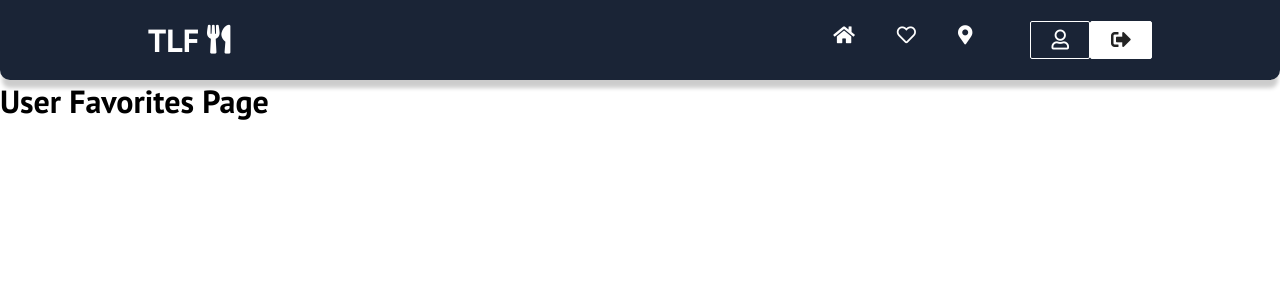
Repository: bethel-school-of-technology/the-local-fork-frontend
Page: /favorites
The author's editor kept a copy of each file at every save. The page is drawn from the files as they stood at one save, then again after a run of saves.
The browser window is 1280 px wide. The pictures show the whole page.
The project was rebuilt for these pictures with package versions that can differ from the ones it lists, and the page was loaded fresh each time. Also part of the build but not shown: src/Components/pages/SignUp.js, src/Components/pages/Delete.js, src/Components/pages/PersonPut.js, src/Components/pages/Login.js, src/Components/pages/Home.js, src/Components/pages/ProfilePage.js, src/Components/pages/Newres.js.

Above is the page before, as saved 2021-11-01 22:44:45.

### src/App.js
import React from "react";
import Navbar from "./Components/Navbar";
import { BrowserRouter as Router, Switch, Route} from "react-router-dom";
import "./App.css";


import Signup from "./Components/pages/SignUp";
import Delete from "./Components/pages/Delete";
import Put from "./Components/pages/PersonPut";
import Login from "./Components/pages/Login";
import Home from "./Components/pages/Home";
import Profile from "./Components/pages/ProfilePage";
import Favorites from "./Components/pages/Favorites";
import Newres from "./Components/pages/Newres";

import Logout from "./Components/pages/Logout";


function App() {
  return (
    <>
      <Router>
        <Navbar />

        <Switch>
          <Route path="/Login" exact component={Login} />
          <Route path="/profile" exact component={Profile} />
          <Route path="/signup" exact component={Signup} />
          <Route path="/Put" exact component={Put} />
          <Route path="/Delete" exact component={Delete} />
          <Route path="/" exact component={Home} />
          <Route path="/favorites" exact component={Favorites} />
          <Route path="/Res" exact component={Newres} />
          <Route path="/logout" exact component={Logout} />


        </Switch>
      </Router>
    </>
  );
}

export default App;

### src/Components/Navbar.js
import React, { useState, useEffect } from "react";
import { Link } from "react-router-dom";
import "./Navbar.css";
import { Button } from "./Button";
import { Button2 } from "./Button2";

function Navbar() {
  const [click, setClick] = useState(false);
  const [button, setButton] = useState(true);

  const handleClick = () => setClick(!click);
  const closeMobileMenu = () => setClick(false);

  const showButton = () => {
    if (window.innerWidth <= 960) {
      setButton(false);
    } else {
      setButton(true);
    }
  };

  useEffect(() => {
    showButton();
  }, []);

  window.addEventListener("resize", showButton);

  return (
    <>
      <nav className="navbar">
        <div className="navbar-container">
          <Link to="/" className="navbar-logo" onClick={closeMobileMenu}>
            TLF <i className="fas fa-utensils" />
          </Link>
          <div className="menu-icon" onClick={handleClick}>
            <i className={click ? "fas fa-times" : "fas fa-bars"} />
          </div>
          <ul className={click ? "nav-menu active" : "nav-menu"}>
            <li className="nav-item">
              <Link to="/" className="nav-links" onClick={closeMobileMenu}>
                <i className="fas fa-home"></i>
              </Link>
            </li>
            <li className="nav-item">
              <Link
                to="/favorites"
                className="nav-links"
                onClick={closeMobileMenu}
              >
                <i className="far fa-heart"></i>
              </Link>
            </li>
            <li className="nav-item">
              <Link
                to="/map"
                className="nav-links"
                onClick={closeMobileMenu}
              >
                <i className="fas fa-map-marker-alt"></i>
              </Link>
            </li>
            <li className="">
              <Link
                to="/signup"
                className="nav-links-mobile"
                onClick={closeMobileMenu}
              >
                <i className="far fa-user"></i>
              </Link>
            </li>
            <li className="">
              <Link
                to="/"
                className="nav-links-mobile"
                onClick={closeMobileMenu}
              >
                <i className="fas fa-sign-out-alt"></i>
              </Link>
            </li>
          </ul>
          {button && <Button buttonStyle="btn--outline"></Button>}
          {button && <Button2 buttonStyle="btn--outline"></Button2>}
        </div>
      </nav>
    </>
  );
}

export default Navbar;

### src/Components/pages/Favorites.js
import React from 'react';


export default class Favorites extends React.Component {






    render() {
        return  <ul>
            <li><h1>User Favorites Page</h1></li>
            </ul>

    }
}

### src/Components/pages/Logout.js
import React from "react";
import { useHistory } from "react-router-dom";
import "../Button2.css";

const STYLES = ['btn--primary', 'btn--outline']
const SIZES = ['btn--medium', 'btn--large'];

const Logout = ({
    children,
    type,
    onClick,
    buttonStyle,
    buttonSize,
}) => {
    let history = useHistory();


    const checkButtontStyle = STYLES.includes(buttonStyle)
        ? buttonStyle
        : STYLES[0];

    const checkButtontSize = SIZES.includes(buttonSize)
        ? buttonSize
        : SIZES[0];

    const handleSubmit = () => {
        localStorage.removeItem("mytoken");
        history.push('/login');

    }

    return (
        <form onSubmit={handleSubmit}>

            <button
                className={`btn fas fa-sign-out-alt ${checkButtontStyle} ${checkButtontSize}`}
                onClick={onClick}
                type={type, "submit"}
            >
                {children}
            </button>
        </form>
    )

};

export default Logout;

### src/Components/Navbar.css
.navbar {
    background: #1a2436;
    border-bottom-right-radius: 10px;
    border-bottom-left-radius: 10px;
    box-shadow: 0 10px 4px -2px rgba(0,0,0,.2);
    height: 80px;
    display: flex;
    justify-content: center;
    align-items: center;
    font-size: 1.2rem;
    position: sticky;
    top: 0;
    z-index: 999;
  }

  .navbar-container {
    display: flex;
    justify-content: center;
    align-items: center;
    height: 80px;
    max-width: 1500px;
  }

  .navbar-logo {
    color: #fff;
    justify-self: start;
    margin-left: 20px;
    cursor: pointer;
    text-decoration: none;
    font-size: 2rem;
    display: flex;
    align-items: center;
  }

  .fa-utensils {
    margin-left: 0.5rem;
    font-size: 1.8rem;
  }

  .nav-menu {
    display: grid;
    grid-template-columns: repeat(4, auto);
    grid-gap: 10px;
    list-style: none;
    text-align: center;
    width: 60vw;
    justify-content: end;
    margin-right: 2rem;
  }

  .nav-item {
    height: 80px;
  }

  .nav-links {
    color: #fff;
    display: flex;
    align-items: center;
    text-decoration: none;
    padding: 0.5rem 1rem;
    height: 100%;
  }

  .nav-links:hover {
    border-bottom: 4px solid #fff;
    transition: all 0.2s ease-out;
  }

  .fa-bars {
    color: #fff;
  }

  .nav-links-mobile {
    display: none;
  }

  .menu-icon {
    display: none;
  }

  @media screen and (max-width: 960px) {
    .NavbarItems {
      position: relative;
    }

    .nav-menu {
      display: flex;
      flex-direction: column;
      width: 100%;
      height: 90vh;
      position: absolute;
      top: 80px;
      left: -100%;
      opacity: 1;
      transition: all 0.5s ease;
    }

    .nav-menu.active {
      background: #242222;
      left: 0;
      opacity: 1;
      transition: all 0.5s ease;
      z-index: 1;
    }

    .nav-links {
      text-align: center;
      padding: 2rem;
      width: 100%;
      display: table;
    }

    .nav-links:hover {
      background-color: #fff;
      color: #242424;
      border-radius: 0;
    }

    .navbar-logo {
      position: absolute;
      top: 0;
      left: 0;
      transform: translate(25%, 50%);
    }

    .menu-icon {
      display: block;
      position: absolute;
      top: 0;
      right: 0;
      transform: translate(-100%, 60%);
      font-size: 1.8rem;
      cursor: pointer;
    }

    .fa-times {
      color: #fff;
      font-size: 2rem;
    }

    .nav-links-mobile {
      display: block;
      text-align: center;
      margin: 2rem auto;
      border-radius: 4px;
      width: 80%;
      text-decoration: none;
      font-size: 1.5rem;
      background-color: transparent;
      color: #fff;
      padding: 14px 20px;
      border: 1px solid #fff;
      transition: all 0.3s ease-out;
    }

    .nav-links-mobile:hover {
      background: #fff;
      color: #242424;
      transition: 250ms;
    }
  }

### src/Components/Button.js
import React from "react";
import "./Button.css";
import { Link } from "react-router-dom";

const STYLES = ['btn--primary', 'btn--outline']

const SIZES = ['btn--medium', 'btn--large'];

export const Button = ({
    children,
    type,
    onClick,
    buttonStyle,
    buttonSize,
 }) => {
    const checkButtontStyle = STYLES.includes(buttonStyle)
    ? buttonStyle
    : STYLES[0];

    const checkButtontSize = SIZES.includes(buttonSize)
    ? buttonSize
    : SIZES[0];

    return (
        <Link to='/signup' className='btn-mobile'>
            <button
            className={`btn far fa-user ${checkButtontStyle} ${checkButtontSize}`}
            onClick={onClick}
            type={type}
            >
                {children}
            </button>
            </Link>
    );
 };

### src/Components/Button2.js
import React from "react";
import "./Button2.css";
import { Link } from "react-router-dom";
import Logout from "./pages/Logout";

const STYLES = ['btn--primary', 'btn--outline']
const SIZES = ['btn--medium', 'btn--large'];

export const Button2 = ({
    children,
    type,
    onClick,
    buttonStyle,
    buttonSize,
}) => {
    const checkButtontStyle = STYLES.includes(buttonStyle)
        ? buttonStyle
        : STYLES[0];

    const checkButtontSize = SIZES.includes(buttonSize)
        ? buttonSize
        : SIZES[0];

    return (
        <div>
            {/* <Link to='/' className='btn-mobile'> */}
            {/* <button    //This isn't right...
                    className={`btn fas fa-sign-out-alt ${checkButtontStyle} ${checkButtontSize}`}
                    onClick={onClick}
                    type={type}
                >
                    {children}
                </button> */}
            <Logout />
            {/* </Link> */}
        </div>
    );
};

### src/Components/Button2.css
:root {
    --primary: #fff;
    }

    .btn {
        padding: 8px 20px;
        border-radius: 2px;
        outline: none;
        border: none;
        cursor: pointer;
    }

    .btn--primary {
        background-color: var(--primary);
        color: #242424;
        border: 1px solid var(--primary);
    }

    .btn--outline {
        background-color: transparent;
        color: #fff;
        padding: 8px 20px;
        border: 1px solid var(--primary);
        transition: all 0.3s ease-out;
    }

    .btn--medium {
        padding: 8px 20px;
        font-size: 20px;
    }

    .btn--large {
        padding: 8px 20px;
        font-size: 20px;
    }

    .btn--medium:hover,
    .btn--large:hover {
        background: #fff;
        color: #242424;
        transition: all 0.3s ease-out;
    }

### src/Components/Button.css
:root {
    --primary: #fff;
    }

    .btn {
        padding: 8px 20px;
        border-radius: 2px;
        outline: none;
        border: none;
        cursor: pointer;
    }

    .btn--primary {
        background-color: var(--primary);
        color: #242424;
        border: 1px solid var(--primary);
    }

    .btn--outline {
        background-color: transparent;
        color: #fff;
        padding: 8px 20px;
        border: 1px solid var(--primary);
        transition: all 0.3s ease-out;
    }

    .btn--medium {
        padding: 8px 20px;
        font-size: 20px;
    }

    .btn--large {
        padding: 8px 20px;
        font-size: 20px;
    }

    .btn--medium:hover,
    .btn--large:hover {
        background: #fff;
        color: #242424;
        transition: all 0.3s ease-out;
    }

Loaded but not shown: public/index.html (common file); src/index.js (common file); src/App.css (common file)

After the next 3 saves:
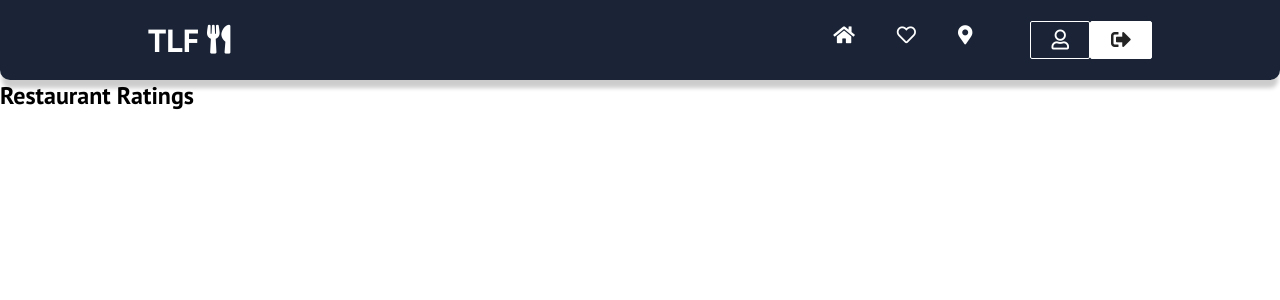
The 3 saves are shown as one change because 2 did not build or start.
The last was saved 20 h 8 min later.
--- a/src/Components/pages/Favorites.js
+++ b/src/Components/pages/Favorites.js
@@ -1,17 +1,31 @@
-import React from 'react';
+import React from "react";
+import { FaStar } from "react-icons/fa";
 
 
-export default class Favorites extends React.Component {
+const colors = {
+    orange: "#FFBA5A",
+    grey:  "#a9a9a9"
+}
 
 
+function App() {
+    return (
+        <div>
+            <h2>Restaurant Ratings</h2>
+        </div>
+    );
+}
 
+export default App;
 
-
-
-    render() {
-        return  <ul>
-            <li><h1>User Favorites Page</h1></li>
-            </ul>
-
-    }
-}
+// export default class Favorites extends React.Component {
+//   render() {
+//     return (
+//       <ul>
+//         <li>
+//           <h1>User Favorites Page</h1>
+//         </li>
+//       </ul>
+//     );
+//   }
+//}
